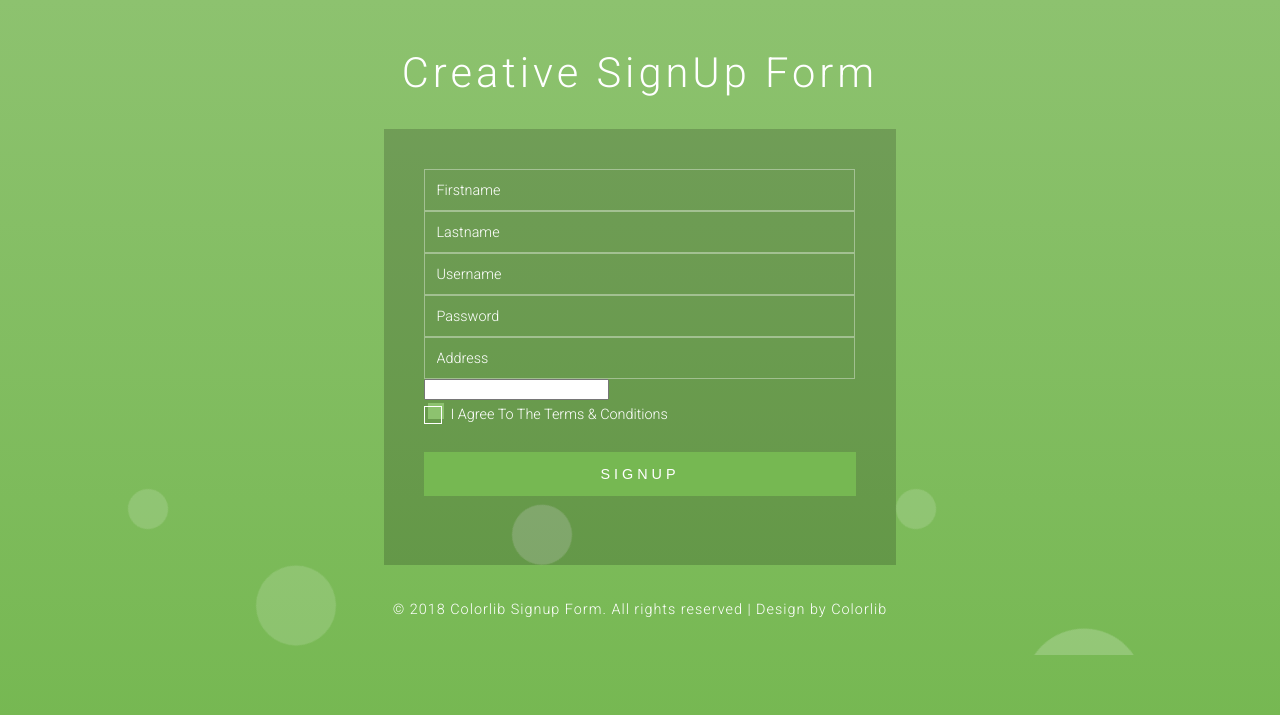
Repository: sagnik938/JSP-JSTL-and-Hibernate
Page: EmpRegForm/src/main/webapp/index.html
The author's editor kept a copy of each file at every save. The page is drawn from the files as they stood at one save, then again after the next save.
The browser window is 1280 px wide. The pictures show the whole page.

Above is the page before, as saved 2023-02-09 06:35:35.

After the next save:
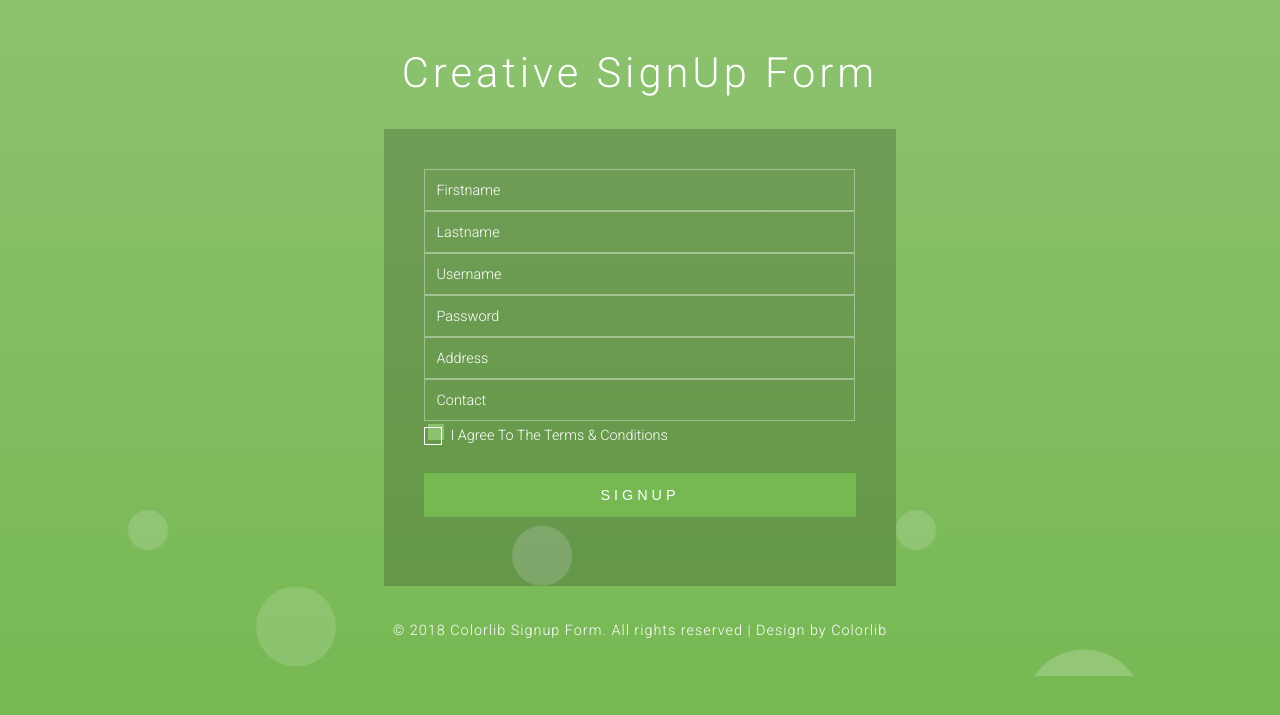
Saved 24 s later.
--- a/EmpRegForm/src/main/webapp/index.html
+++ b/EmpRegForm/src/main/webapp/index.html
@@ -24,7 +24,7 @@
           <input class="text" type="text" name="username" placeholder="Username" required="">
           <input class="text" type="password" name="password" placeholder="Password" required="">
           <input class="text" type="text" name="address" placeholder="Address" required="">
-            <input class="text" type="number" name="contact" placeholder="Contact" required="">
+            <input class="text" type="text" name="contact" placeholder="Contact" required="">
           <div class="wthree-text">
             <label class="anim">
               <input type="checkbox" class="checkbox">
